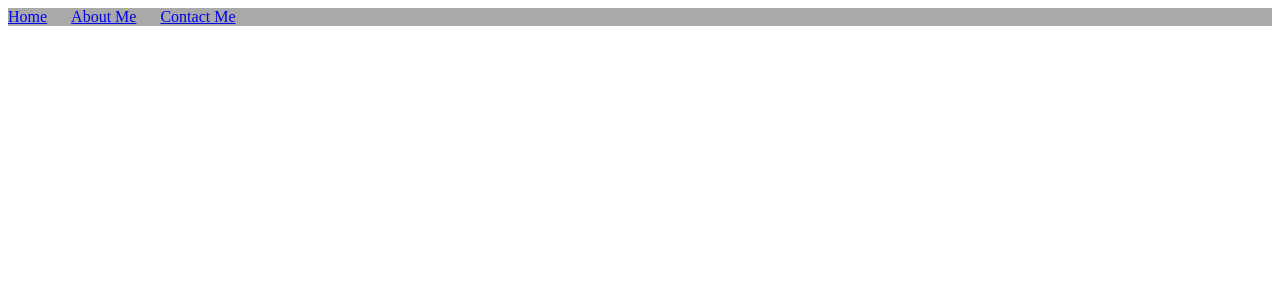
Repository: harshitanthal1/my_portfolio
Page: index.html
An editor plug-in stored every save of this project. The page is shown before and after the next save, followed by the edit.
The browser window is 1280 px wide. The pictures show the whole page.

Above is the page before, as saved 2024-02-02 12:40:02.

### index.html
<!DOCTYPE html>
<html lang="en">
<head>
    <meta charset="UTF-8">
    <meta name="viewport" content="width=device-width, initial-scale=1.0">
    <title>My Portfolio</title>
    <link rel="stylesheet" href="styles/styles.css" />
</head>
<body>
    <nav>
        <li><a href="index.html">Home</a></li>
        <li><a href="aboutme.html" >About Me</a></li>
        <li><a href="contactme.html">Contact Me</a></li>
    </nav>
</body>
</html>

### styles/styles.css
nav {
    background-color: darkgrey;
    color: white;
}

li {
    display: inline;
    margin-right: 20px;
}

After the next save:
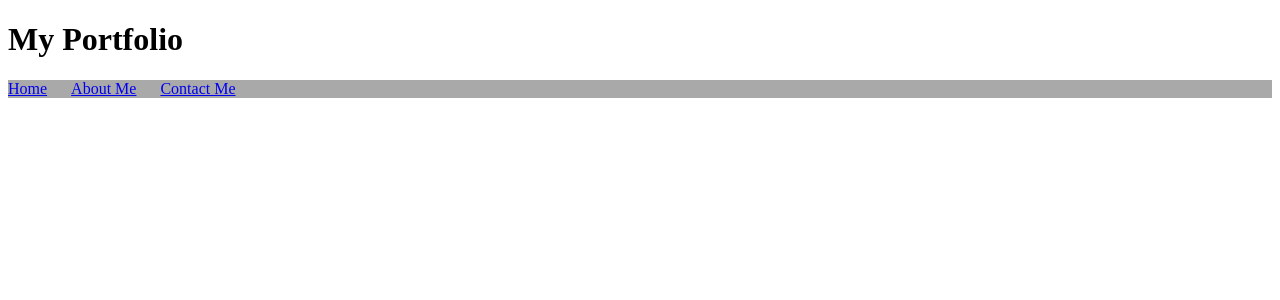
Saved 3 min 37 s later.
--- a/index.html
+++ b/index.html
@@ -7,6 +7,7 @@
     <link rel="stylesheet" href="styles/styles.css" />
 </head>
 <body>
+    <header><h1>My Portfolio</h1></header>
     <nav>
         <li><a href="index.html">Home</a></li>
         <li><a href="aboutme.html" >About Me</a></li>
